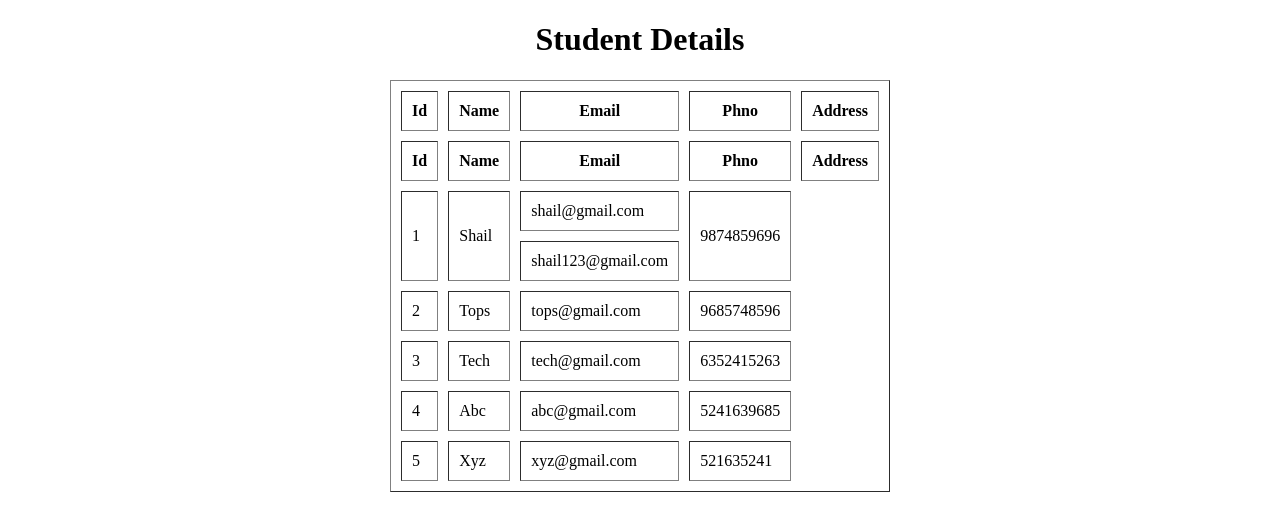
Repository: Chintan-elite/Java_Shail
Page: Learning_web/src/main/webapp/Table.html
The author's editor kept a copy of each file at every save. The page is drawn from the files as they stood at one save, then again after the next save.
The browser window is 1280 px wide. The pictures show the whole page.

Above is the page before, as saved 2023-09-11 11:50:10.

After the next save:
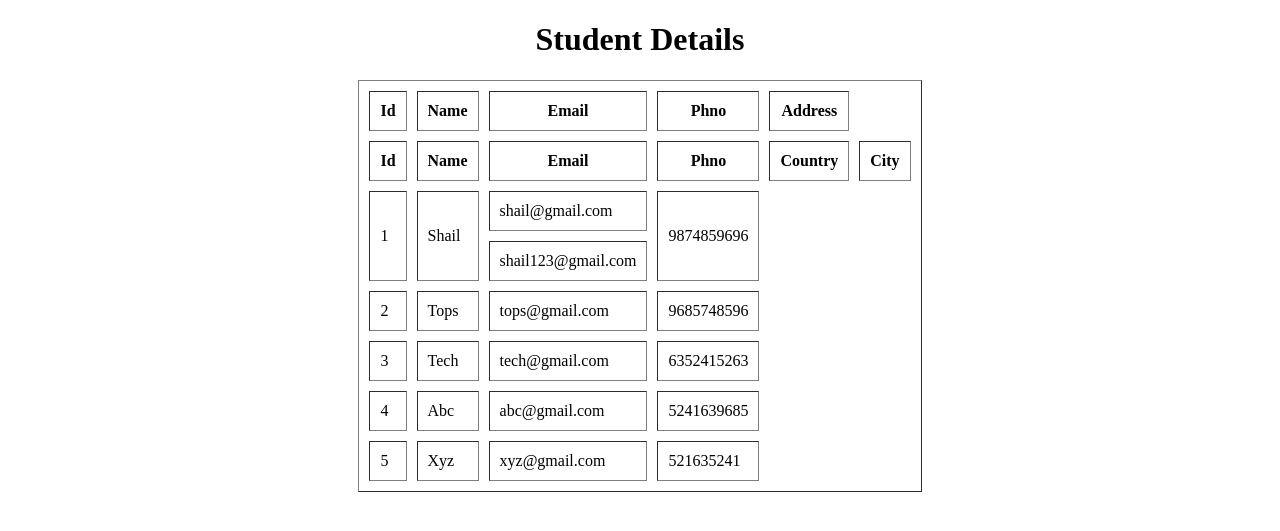
Saved 30 s later.
--- a/Learning_web/src/main/webapp/Table.html
+++ b/Learning_web/src/main/webapp/Table.html
@@ -21,7 +21,8 @@
 			<th>Name</th>
 			<th>Email</th>
 			<th>Phno</th>
-			<th>Address</th>
+			<th>Country</th>
+			<th>City</th>
 		</tr>
 
 		<tr>
